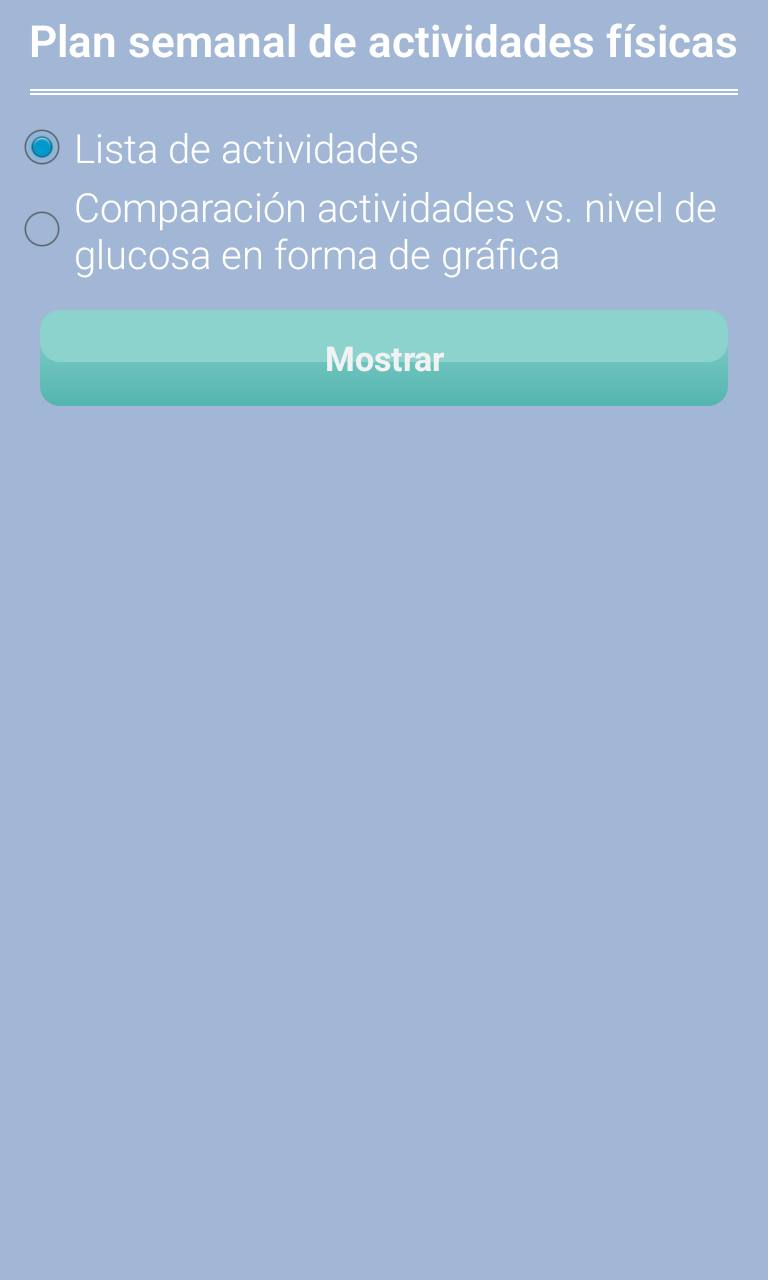
Repository: HectorGarciaMiguel/ssii-diabetes-060036
Layout: SeguimientoDiabetes/res/layout/activity_opciones_mostrar_actividades.xml
These files come from the project's save history. The layout is drawn as it stood at one moment and after the next save; the edit follows.
It is drawn on a 768 x 1280 px phone screen (xhdpi) without system bars, with theme AppTheme; the app's code is not run.

Above is the layout before, as saved 2015-11-20 18:31:32.

### SeguimientoDiabetes/res/layout/activity_opciones_mostrar_actividades.xml
<ScrollView xmlns:android="http://schemas.android.com/apk/res/android"
    xmlns:tools="http://schemas.android.com/tools"
    android:layout_width="fill_parent"
    android:layout_height="fill_parent"
    android:orientation="vertical"
    tools:context=".OpcionesMostrarActividadesActivity" >

	<LinearLayout
    android:layout_width="fill_parent"
    android:layout_height="fill_parent"
    android:orientation="vertical"
    android:layout_margin="5dp" >

		<LinearLayout
		    android:layout_width="fill_parent"
		    android:layout_height="wrap_content"
		    android:gravity="center_horizontal"
		    android:orientation="horizontal" >

        <TextView
            style="@style/RobotoStyleTextViewNegrita"
            android:layout_width="wrap_content"
            android:layout_height="wrap_content"
            android:layout_gravity="center_horizontal"
            android:gravity="center"
            android:text="Plan semanal de actividades físicas" />

    	</LinearLayout>

	<View
              android:layout_width="wrap_content"
              android:layout_height="1dp"
              android:layout_marginBottom="1dp"
              android:layout_marginLeft="10dp"
              android:layout_marginRight="10dp"
              android:layout_marginTop="10dp"
              android:background="#FFFFFF" />

	<View
              android:layout_width="wrap_content"
              android:layout_height="1dp"
              android:layout_marginBottom="10dp"
              android:layout_marginLeft="10dp"
              android:layout_marginRight="10dp"
              android:background="#FFFFFF" />

	<LinearLayout
	    android:layout_width="fill_parent"
	    android:layout_height="wrap_content"
	    android:gravity="center"
	    android:orientation="horizontal" >

      <RadioGroup
          android:id="@+id/rdgGrupo"
          android:layout_width="wrap_content"
          android:layout_height="wrap_content"
          android:checkedButton="@+id/rdbOne"
          android:orientation="vertical" >

          <RadioButton
              android:id="@+id/rdbOne"
              android:layout_width="wrap_content"
              android:layout_height="wrap_content"
          	  style="@style/RobotoStyle"
              android:text="Lista de actividades" />

          <RadioButton
              android:id="@+id/rdbTwo"
              android:layout_width="wrap_content"
              android:layout_height="wrap_content"
          	  style="@style/RobotoStyle"
              android:text="Comparación actividades vs. nivel de glucosa en forma de gráfica" />
      </RadioGroup>
  	</LinearLayout>

	<LinearLayout
        android:layout_width="fill_parent"
        android:layout_height="wrap_content"
        android:orientation="horizontal"
        android:gravity="center">

        <Button
            android:id="@+id/button1"
            android:layout_width="fill_parent"
			android:background="@drawable/mibotonverde"
        	style="@style/Boton"
            android:onClick="pasarMostrarActividades"
            android:text="Mostrar" />

    </LinearLayout>

</LinearLayout>
</ScrollView>

### SeguimientoDiabetes/res/drawable/mibotonverde.xml
<?xml version="1.0" encoding="utf-8"?>
<selector xmlns:android="http://schemas.android.com/apk/res/android" >

 <item android:state_pressed="true">
     <layer-list >
       <item >
           <shape android:shape="rectangle">
            <gradient
  				  android:startColor="#104849"
                  android:endColor="#0B393A"
                  android:angle="-90"
                  android:type="linear"
                  />
            <corners android:radius="10dp" />
            </shape>
            </item>
            <item android:top="1dp" android:bottom="22dp" >
 	 <shape android:shape="rectangle">
  				<solid android:color="#104849"/>
              <corners android:radius="10dp" />

            </shape>
      </item>
      </layer-list>
  </item>




<item android:state_focused="true">
     <layer-list >
       <item >
           <shape android:shape="rectangle">
            <gradient
  				  android:startColor="#104849"
                  android:endColor="#0B393A"
                  android:angle="-90"
                  android:type="linear"
                  />
            <corners android:radius="10dp" />
            </shape>
            </item>
            <item android:top="1dp" android:bottom="50px" >
  <shape android:shape="rectangle">
  <solid android:color="#104849"/>
              <corners android:radius="10dp" />

            </shape>
      </item>
      </layer-list>
  </item>







 <item>
     <layer-list >
       <item >
           <shape android:shape="rectangle">
            <gradient
  				  android:startColor="#8CD2CD"
                  android:endColor="#53B5AF"
                  android:angle="-90"
                  android:type="linear"
                  />
			<corners android:radius="10dp" />
			</shape>
        </item>
        <item android:top="1dp" android:bottom="22dp" >
  			<shape android:shape="rectangle">
  			<solid android:color="#8CD2CD"/>
       			<corners android:radius="10dp" />
           </shape>
      </item>
      </layer-list>
  </item>
</selector>

Loaded but not shown: SeguimientoDiabetes/res/values/styles.xml (common file); SeguimientoDiabetes/res/values-v11/styles.xml (common file); SeguimientoDiabetes/res/values-v14/styles.xml (common file)

After the next save:
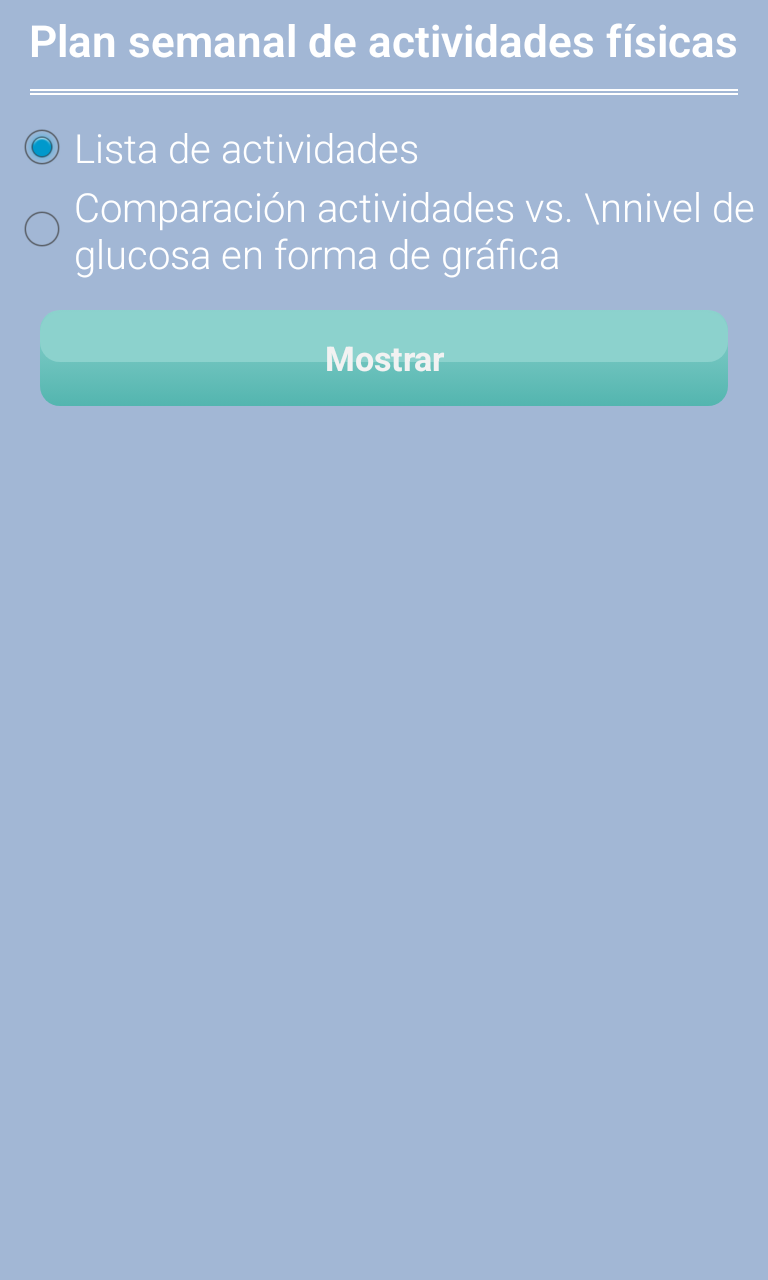
Saved 23 s later.
--- a/SeguimientoDiabetes/res/layout/activity_opciones_mostrar_actividades.xml
+++ b/SeguimientoDiabetes/res/layout/activity_opciones_mostrar_actividades.xml
@@ -66,10 +66,11 @@
 
           <RadioButton
               android:id="@+id/rdbTwo"
+              style="@style/RobotoStyle"
               android:layout_width="wrap_content"
               android:layout_height="wrap_content"
-          	  style="@style/RobotoStyle"
-              android:text="Comparación actividades vs. nivel de glucosa en forma de gráfica" />
+              android:text="Comparación actividades vs. \nnivel de glucosa en forma de gráfica" />
+
       </RadioGroup>
   	</LinearLayout>
 
